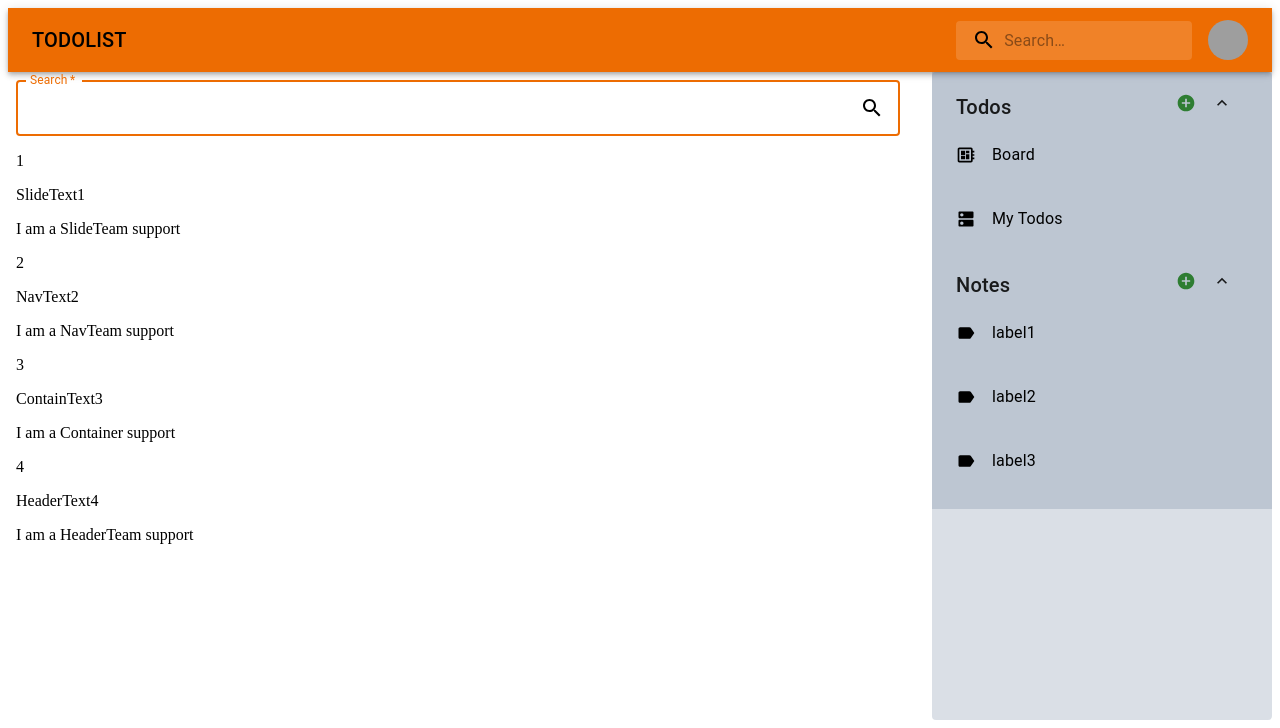
Repository: HrishrathTBS/Trackerbea
Page: / (app in client/)
An editor plug-in stored every save of this project. The page is shown before and after the next save, followed by the edit.
The browser window is 1280 px wide. The pictures show the whole page.
Pictures or frames that could not be fetched are drawn as grey boxes. The project was rebuilt for these pictures with package versions that can differ from the ones it lists, and the page was loaded fresh each time. Also part of the build but not shown: client/src/components/TodoList.js, client/src/components/Board.js, client/src/components/ListOfBar.js, client/src/components/MyTodos.js, client/src/pages/Label/Label1.js, client/src/pages/Label/Label2.js, client/src/pages/Label/Label3.js.

Above is the page before, as saved 2022-03-10 17:05:38.

### client/public/index.html
<!DOCTYPE html>
<html lang="en">
  <head>
    <meta charset="utf-8" />
    <link rel="icon" href="%PUBLIC_URL%/favicon.ico" />
    <meta name="viewport" content="width=device-width, initial-scale=1" />
    <meta name="theme-color" content="#000000" />
    <meta
      name="description"
      content="Web site created using mernboilerplate"
    />
    <link rel="apple-touch-icon" href="%PUBLIC_URL%/logo192.png" />
    <!--
      manifest.json provides metadata used when your web app is installed on a
      user's mobile device or desktop. See https://developers.google.com/web/fundamentals/web-app-manifest/
    -->
    <link rel="manifest" href="%PUBLIC_URL%/manifest.json" />
    <!--
      Notice the use of %PUBLIC_URL% in the tags above.
      It will be replaced with the URL of the `public` folder during the build.
      Only files inside the `public` folder can be referenced from the HTML.

      Unlike "/favicon.ico" or "favicon.ico", "%PUBLIC_URL%/favicon.ico" will
      work correctly both with client-side routing and a non-root public URL.
      Learn how to configure a non-root public URL by running `npm run build`.
    -->
    <title>MERN App</title>
  </head>
  <body>
    <noscript>You need to enable JavaScript to run this app.</noscript>
    <div id="root"></div>
    <!--
      This HTML file is a template.
      If you open it directly in the browser, you will see an empty page.

      You can add webfonts, meta tags, or analytics to this file.
      The build step will place the bundled scripts into the <body> tag.

      To begin the development, run `npm start` or `yarn start`.
      To create a production bundle, use `npm run build` or `yarn build`.
    -->
  </body>
</html>

### client/src/App.js
import React from 'react';
import { BrowserRouter } from 'react-router-dom';
import AppRoutes from './UseRoutes';

const App = () => {
  return (
    <>
      <BrowserRouter>{<AppRoutes />}</BrowserRouter>
    </>
  );
};

export default App;

### client/src/UseRoutes.js
import React from 'react';
import { useRoutes } from 'react-router-dom';
import Board from './components/Board';
import Layout from './components/Layout';
import MyTodos from './components/MyTodos';
import Label1 from './pages/Label/Label1';
import Label2 from './pages/Label/Label2';
import Label3 from './pages/Label/Label3';
const AppRoutes = () => {
  return useRoutes([
    {
      path: '',
      element: <Layout />,
      children: [
        {
          path: 'board',
          element: <Board />,
        },
        {
          path: 'mytodos',
          element: <MyTodos />,
        },
        {
          path: 'label1',
          element: <Label1 />,
        },
        {
          path: 'label2',
          element: <Label2 />,
        },
        {
          path: 'label3',
          element: <Label3 />,
        },
      ],
    },
  ]);
};

export default AppRoutes;

### client/src/components/Layout.js
import React from 'react';
import { Outlet } from 'react-router-dom';
import Filter from './Filter';
import Header from './Header';
import SideBar from './SideBar';

const Layout = () => {
  return (
    <>
      <Header />
      <div style={{ display: 'flex' }}>
        <Filter />
        <SideBar />
        {<Outlet />}
      </div>
    </>
  );
};

export default Layout;

### client/src/components/Filter.js
import { Box, Grid, TextField } from '@mui/material';
import React, { useState } from 'react';
import { teams_data } from './LabelData';
import SearchIcon from '@mui/icons-material/Search';
const Filter = () => {
  const [teams, setTeams] = useState([...teams_data]);
  const [search, setSearch] = useState('');

  const handleChange = (e) => {
    const test = teams.filter((team) => {
      return (
        team.HeaderText.toLowerCase().toUpperCase().includes(e.target.value.toLowerCase()) ||
        team.NotesText.toLowerCase().includes(e.target.value.toLowerCase()) ||
        team.TitleText.toLowerCase().includes(e.target.value.toLowerCase())
      );
    });
    setTeams(test);
    setSearch(e.target.value);
  };
  return (
    <>
      <Grid container justifyContent='center' m={1}>
        <Grid item xs={12}>
          <Box sx={{ display: 'flex', alignItems: 'center' }}>
            <TextField autoComplete='text' value={search} color='warning' variant='outlined' fullWidth id='search' label='Search' onChange={handleChange} autoFocus required />
            <SearchIcon sx={{ position: 'relative', right: '40px' }} />
          </Box>
          {teams.map((team) => (
            <>
              <p>{team.HeaderText}</p>
              <p>{team.TitleText}</p>
              <p>{team.NotesText}</p>
            </>
          ))}
        </Grid>
      </Grid>
    </>
  );
};

export default Filter;

### client/src/components/Header.js
import * as React from 'react';
import AppBar from '@mui/material/AppBar';
import Box from '@mui/material/Box';
import Toolbar from '@mui/material/Toolbar';
import IconButton from '@mui/material/IconButton';
import Typography from '@mui/material/Typography';
import Menu from '@mui/material/Menu';
import MenuIcon from '@mui/icons-material/Menu';
import Container from '@mui/material/Container';
import Avatar from '@mui/material/Avatar';
import Tooltip from '@mui/material/Tooltip';
import MenuItem from '@mui/material/MenuItem';
import SearchIcon from '@mui/icons-material/Search';
import { styled, alpha } from '@mui/material/styles';
import { InputBase } from '@mui/material';

const pages = ['Header'];
const settings = ['Profile', 'Account', 'Dashboard', 'Logout'];

const Search = styled('div')(({ theme }) => ({
  position: 'relative',
  borderRadius: theme.shape.borderRadius,
  backgroundColor: alpha(theme.palette.common.white, 0.15),
  '&:hover': {
    backgroundColor: alpha(theme.palette.common.white, 0.25),
  },
  marginRight: theme.spacing(2),
  marginLeft: 0,
  width: '100%',
  [theme.breakpoints.up('sm')]: {
    marginLeft: theme.spacing(3),
    width: 'auto',
  },
}));
const SearchIconWrapper = styled('div')(({ theme }) => ({
  padding: theme.spacing(0, 2),
  height: '100%',
  position: 'absolute',
  pointerEvents: 'none',
  color: 'black',
  display: 'flex',
  alignItems: 'center',
  justifyContent: 'center',
}));
const StyledInputBase = styled(InputBase)(({ theme }) => ({
  color: 'black',
  '& .MuiInputBase-input': {
    padding: theme.spacing(1, 1, 1, 0),
    paddingLeft: `calc(1em + ${theme.spacing(4)})`,
    transition: theme.transitions.create('width'),
    width: '100%',
    [theme.breakpoints.up('md')]: {
      width: '20ch',
    },
  },
}));

const Header = () => {
  const [anchorElNav, setAnchorElNav] = React.useState(null);
  const [anchorElUser, setAnchorElUser] = React.useState(null);

  const handleOpenNavMenu = (event) => {
    setAnchorElNav(event.currentTarget);
  };
  const handleOpenUserMenu = (event) => {
    setAnchorElUser(event.currentTarget);
  };

  const handleCloseNavMenu = () => {
    setAnchorElNav(null);
  };

  const handleCloseUserMenu = () => {
    setAnchorElUser(null);
  };

  return (
    <AppBar position='static' color='warning'>
      <Container maxWidth='xl'>
        <Toolbar disableGutters>
          <Typography variant='h6' noWrap component='div' sx={{ mr: 2, display: { xs: 'none', md: 'flex', color: 'black' } }}>
            TODOLIST
          </Typography>
          <Box sx={{ flexGrow: 1, display: { xs: 'flex', md: 'none' } }}>
            <IconButton size='large' aria-label='account of current user' aria-controls='menu-appbar' aria-haspopup='true' onClick={handleOpenNavMenu} color='inherit'>
              <MenuIcon />
            </IconButton>
            <Menu
              id='menu-appbar'
              anchorEl={anchorElNav}
              anchorOrigin={{
                vertical: 'bottom',
                horizontal: 'left',
              }}
              keepMounted
              transformOrigin={{
                vertical: 'top',
                horizontal: 'left',
              }}
              open={Boolean(anchorElNav)}
              onClose={handleCloseNavMenu}
              sx={{
                display: { xs: 'block', md: 'none' },
              }}
            >
              {pages.map((page) => (
                <MenuItem key={page} onClick={handleCloseNavMenu}>
                  <Typography textAlign='center'>{page}</Typography>
                </MenuItem>
              ))}
            </Menu>
          </Box>

          <Typography variant='h6' noWrap component='div' sx={{ flexGrow: 1, display: { xs: 'flex', md: 'none' } }}>
            TODOLIST
          </Typography>
          <Box sx={{ flexGrow: 1, display: { xs: 'none', md: 'flex' } }}></Box>
          <Search>
            <SearchIconWrapper>
              <SearchIcon />
            </SearchIconWrapper>
            <StyledInputBase placeholder='Search…' inputProps={{ 'aria-label': 'search' }} />
          </Search>
          <Box sx={{ flexGrow: 0 }}>
            <Tooltip title='Open settings'>
              <IconButton onClick={handleOpenUserMenu} sx={{ p: 0 }}>
                <Avatar alt='Remy Sharp' src='/static/images/avatar/2.jpg' />
              </IconButton>
            </Tooltip>
            <Menu
              sx={{ mt: '45px' }}
              id='menu-appbar'
              anchorEl={anchorElUser}
              anchorOrigin={{
                vertical: 'top',
                horizontal: 'right',
              }}
              keepMounted
              transformOrigin={{
                vertical: 'top',
                horizontal: 'right',
              }}
              open={Boolean(anchorElUser)}
              onClose={handleCloseUserMenu}
            >
              {settings.map((setting) => (
                <MenuItem key={setting} onClick={handleCloseUserMenu}>
                  <Typography textAlign='center'>{setting}</Typography>
                </MenuItem>
              ))}
            </Menu>
          </Box>
        </Toolbar>
      </Container>
    </AppBar>
  );
};
export default Header;

### client/src/components/SideBar.js
import * as React from 'react';
import Box from '@mui/material/Box';
import { styled, ThemeProvider, createTheme } from '@mui/material/styles';
import Divider from '@mui/material/Divider';
import List from '@mui/material/List';
import Paper from '@mui/material/Paper';
import ListItem from './ListItem';
import People from '@mui/icons-material/People';
import Dns from '@mui/icons-material/Dns';
import LabelIcon from '@mui/icons-material/Label';
import DeveloperBoardIcon from '@mui/icons-material/DeveloperBoard';
const FireNav = styled(List)({
  '& .MuiListItemButton-root': {
    paddingLeft: 24,
    paddingRight: 24,
  },
  '& .MuiListItemIcon-root': {
    minWidth: 0,
    marginRight: 16,
  },
  '& .MuiSvgIcon-root': {
    fontSize: 20,
  },
});

export default function CustomizedList() {
  const [open, setOpen] = React.useState(true);

  const DataItem = [
    {
      label: 'Todos',
      data: [
        { icon: <DeveloperBoardIcon />, label: 'Board', link: '/board' },
        { icon: <Dns />, label: 'My Todos ', link: '/mytodos' },
      ],
    },
    {
      label: 'Notes',
      data: [
        { icon: <LabelIcon />, label: 'label1', link: '/label1' },
        { icon: <LabelIcon />, label: 'label2 ', link: '/label2' },
        { icon: <LabelIcon />, label: 'label3 ', link: '/label3' },
      ],
    },
  ];

  return (
    <Box sx={{ display: 'flex', height: '90vh' }}>
      <ThemeProvider
        theme={createTheme({
          components: {
            MuiListItemButton: {
              defaultProps: {
                disableTouchRipple: true,
              },
            },
          },
          palette: {
            background: { paper: 'rgba(71, 98, 130, 0.2)' },
          },
        })}
      >
        <Paper elevation={0} sx={{ maxWidth: 370 }}>
          <FireNav component='nav' disablePadding>
            <Divider />
            <Box
              sx={{
                bgcolor: open ? 'rgba(71, 98, 130, 0.2)' : null,
                pb: open ? 2 : 0,
              }}
            >
              {DataItem.map(({ data, label }) => (
                <ListItem data={data} label={label} />
              ))}
            </Box>
          </FireNav>
        </Paper>
      </ThemeProvider>
    </Box>
  );
}

### client/src/components/LabelData.js
// export const teams_data = ['raju', 'ahesan', 'rishabh', 'khodu', 'parsan'];
export const teams_data = [
  {
    HeaderText: '1',
    TitleText: 'SlideText1',
    NotesText: 'I am a SlideTeam support',
  },
  {
    HeaderText: '2',
    TitleText: 'NavText2',
    NotesText: 'I am a NavTeam support',
  },
  {
    HeaderText: '3',
    TitleText: 'ContainText3',
    NotesText: 'I am a Container support',
  },
  {
    HeaderText: '4',
    TitleText: 'HeaderText4',
    NotesText: 'I am a HeaderTeam support',
  },
];

### client/src/components/ListItem.js
import { Box, ListItemIcon, ListItemText } from '@mui/material';
import ListItemButton from '@mui/material/ListItemButton';
import AddCircleIcon from '@mui/icons-material/AddCircle';
import KeyboardArrowDown from '@mui/icons-material/KeyboardArrowDown';
import React from 'react';

const ListItem = ({ data, label }) => {
  const [open, setOpen] = React.useState(true);
  return (
    <>
      <ListItemButton
        alignItems='flex-start'
        sx={{
          px: 3,
          pt: 2.5,
          pb: open ? 0 : 2.5,
          '&:hover, &:focus': { '& svg': { opacity: open ? 1 : 1 } },
        }}
      >
        <ListItemText
          primary={label}
          primaryTypographyProps={{
            fontSize: 20,
            width: '220px',
            fontWeight: 'medium',
            lineHeight: '20px',
            mb: '2px',
          }}
        />
        <AddCircleIcon color='success' />
        <KeyboardArrowDown
          onClick={() => setOpen(!open)}
          sx={{
            opacity: 1,
            px: 2,
            transform: open ? 'rotate(-180deg)' : 'rotate(0)',
            transition: '0.5s',
          }}
        />
      </ListItemButton>
      <Box>
        {open &&
          data &&
          data.map((item) => (
            <ListItemButton key={item.label} sx={{ py: 2, minHeight: 32, color: 'rgba(0,0,0,1)', justifyContent: 'flex-start' }}>
              <ListItemIcon sx={{ color: 'inherit' }}>{item.icon}</ListItemIcon>
              <ListItemText>
                <a href={item.link} style={{ textDecoration: 'none', color: 'black' }}>
                  {item.label}
                </a>
              </ListItemText>
            </ListItemButton>
          ))}
      </Box>
    </>
  );
};
export default ListItem;

Loaded but not shown: client/src/index.js (common file)

After the next save:
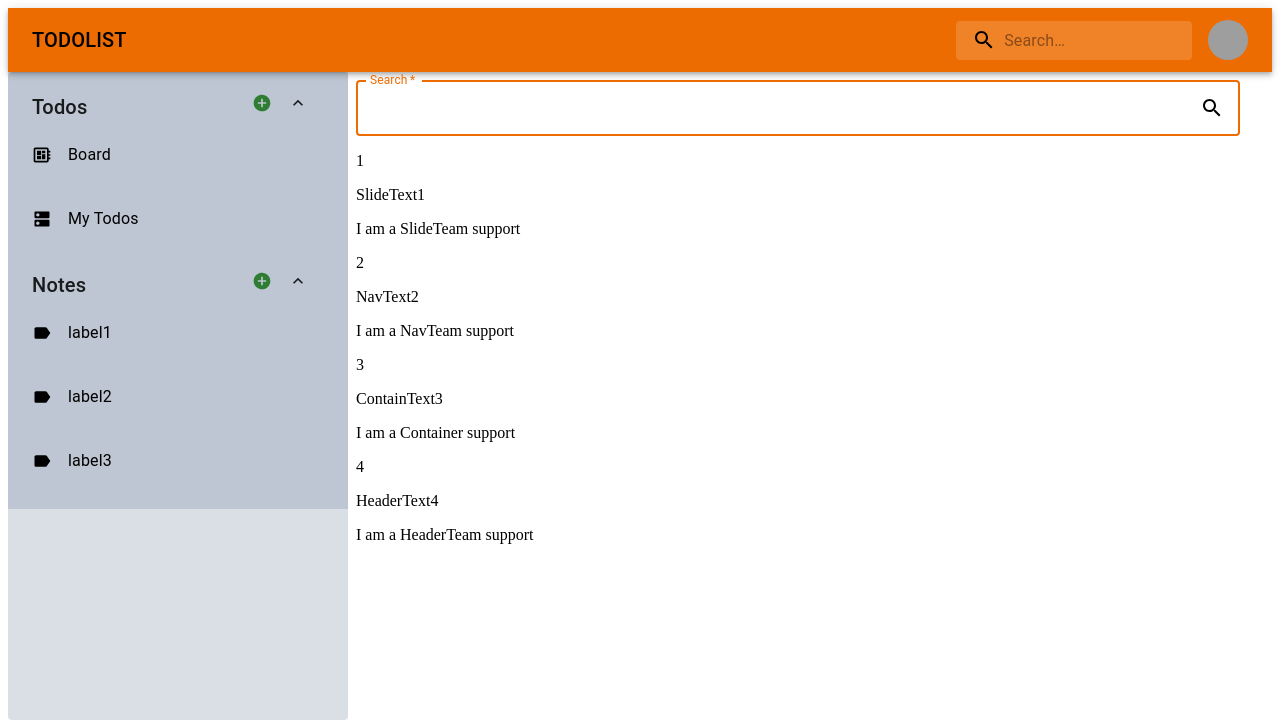
Saved 7 s later.
--- a/client/src/components/Layout.js
+++ b/client/src/components/Layout.js
@@ -9,8 +9,8 @@ const Layout = () => {
     <>
       <Header />
       <div style={{ display: 'flex' }}>
+        <SideBar />
         <Filter />
-        <SideBar />
         {<Outlet />}
       </div>
     </>
